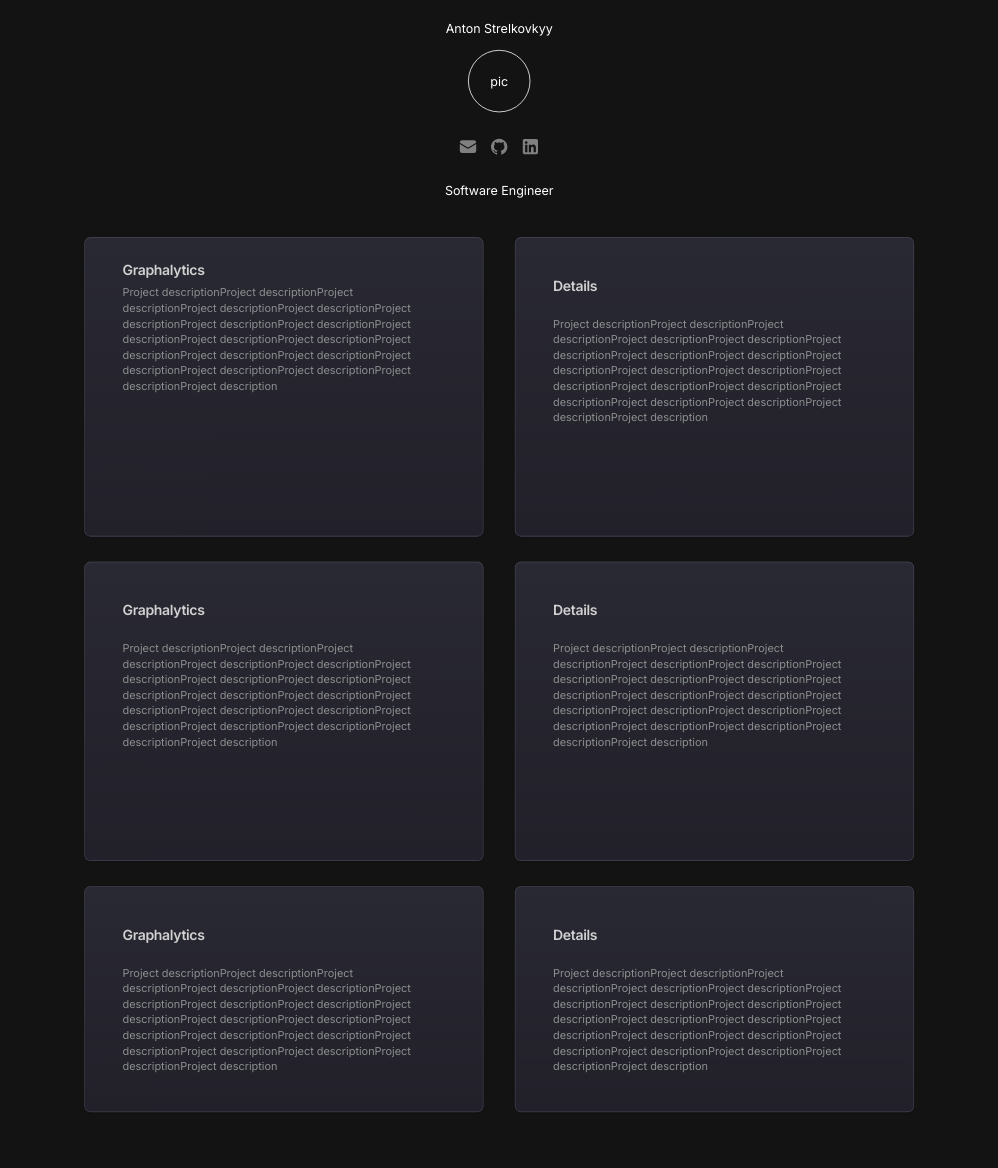
Repository: Fortivera/Anton
Page: /
These files come from the project's save history. The page is drawn as it stood at one moment and after the next save; the edit follows.
The browser window is 1280 px wide. The pictures show the whole page, at 78% of full size.
The project was rebuilt for these pictures with package versions that can differ from the ones it lists, and the page was loaded fresh each time. The framework's server and built-in components were replaced by stand-ins that run in the browser. Also part of the build but not shown: next.config.mjs.

Above is the page before, as saved 2024-05-02 16:08:07.

After the next save:
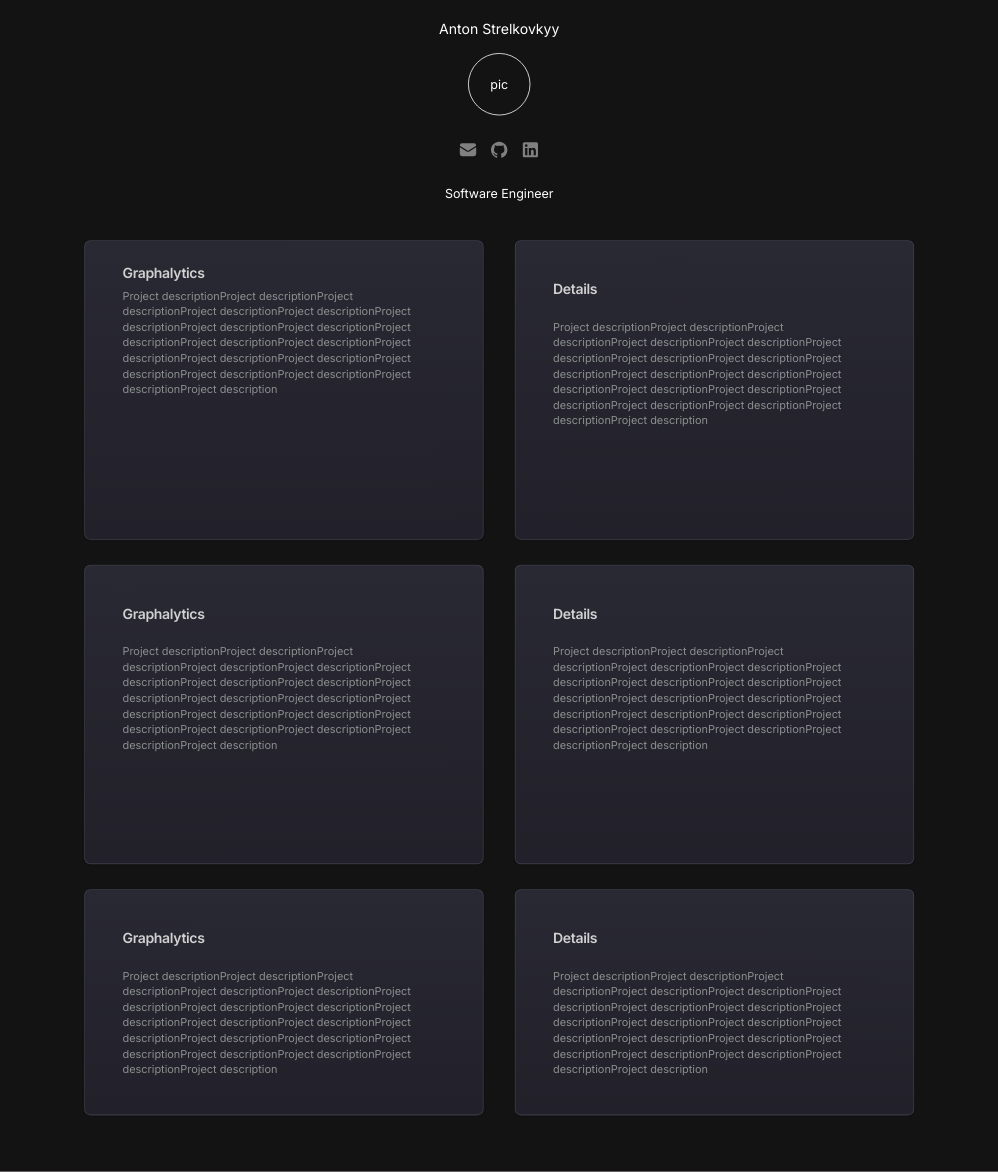
Saved 49 s later.
--- a/app/page.tsx
+++ b/app/page.tsx
@@ -18,7 +18,7 @@ export default function Home() {
       <main className="flex flex-col bg-[#131313] w-full mx-auto p-6 flex-grow">
         <section id="about_me" className="container mx-auto px-4">
           <div className="flex flex-col items-center space-y-4">
-            <p>Anton Strelkovkyy</p>
+            <p className="text-lg">Anton Strelkovkyy</p>
             <div className="flex justify-center items-center rounded-full border border-white h-20 w-20">pic</div>
             <Footer />
             <p className="flex justify-center items-center w-[30rem]">Software Engineer</p>
